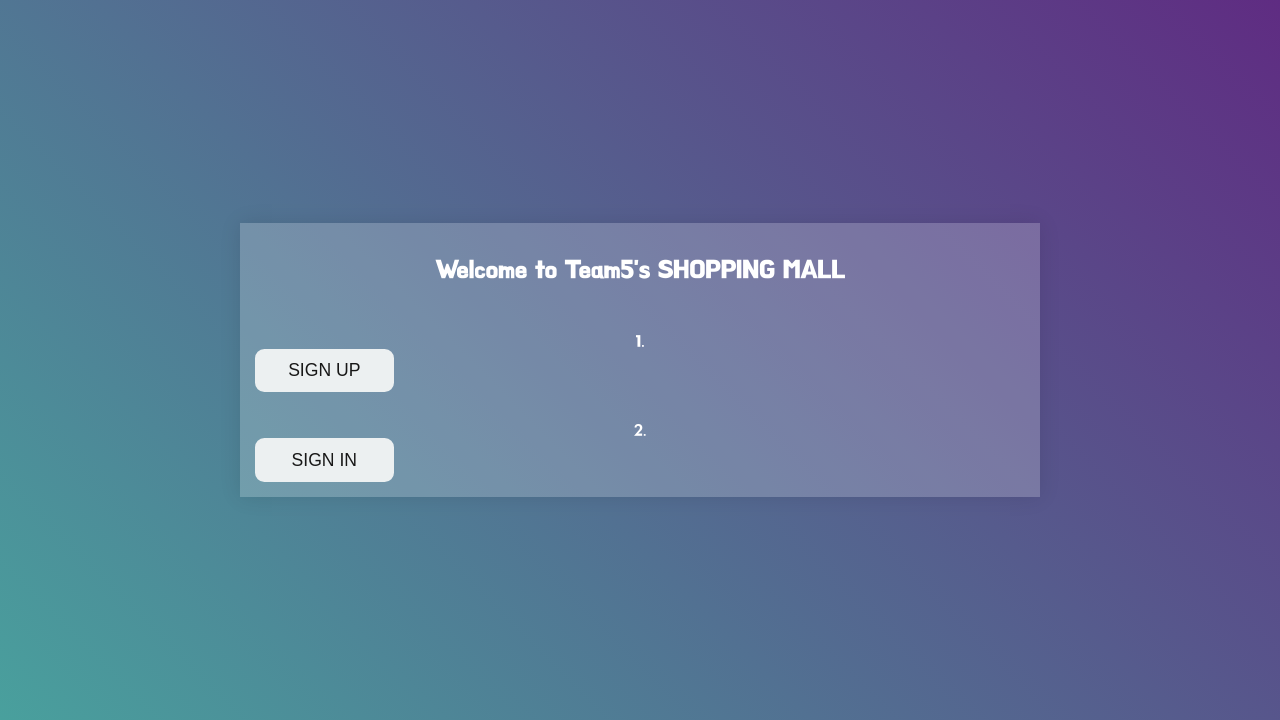
Repository: MIR013/KNU_DB_Project_Team5
Page: dbphase/Databaase/WebContent/main.html
These files come from the project's save history. The page is drawn as it stood at one moment and after the next save; the edit follows.
The browser window is 1280 px wide. The pictures show the whole page.

Above is the page before, as saved 2018-11-22 07:14:49.

After the next save:
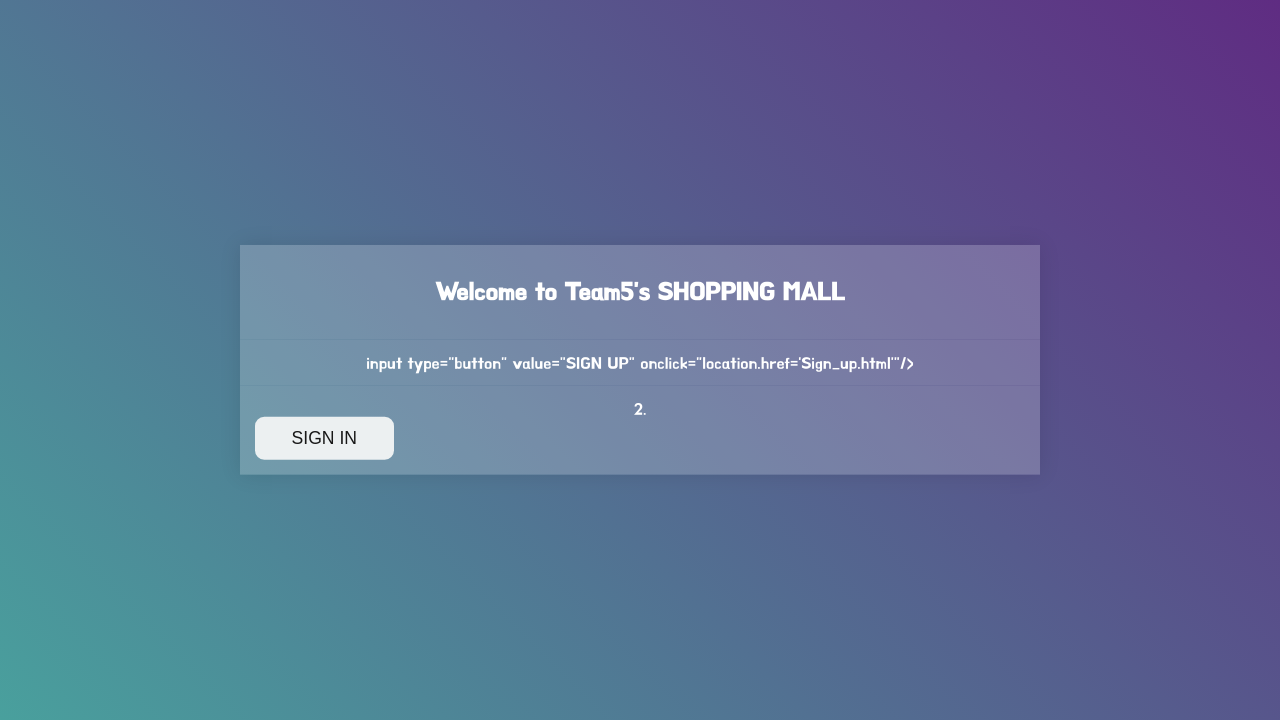
Saved 70 s later.
--- a/dbphase/Databaase/WebContent/main.html
+++ b/dbphase/Databaase/WebContent/main.html
@@ -14,7 +14,7 @@
 				<th><h2> Welcome to Team5's SHOPPING MALL </h2></th>
 			</tr>
 			<tr>
-				<td> 1. <input type="button" value="SIGN UP" onclick="location.href='Sign_up.html'"/> </td>
+				<td>input type="button" value="SIGN UP" onclick="location.href='Sign_up.html'"/> </td>
 			</tr>
 			<tr>
 				<td> 2. <input type="button" value="SIGN IN" onclick="location.href='Sign_in.html'"/> </td>
